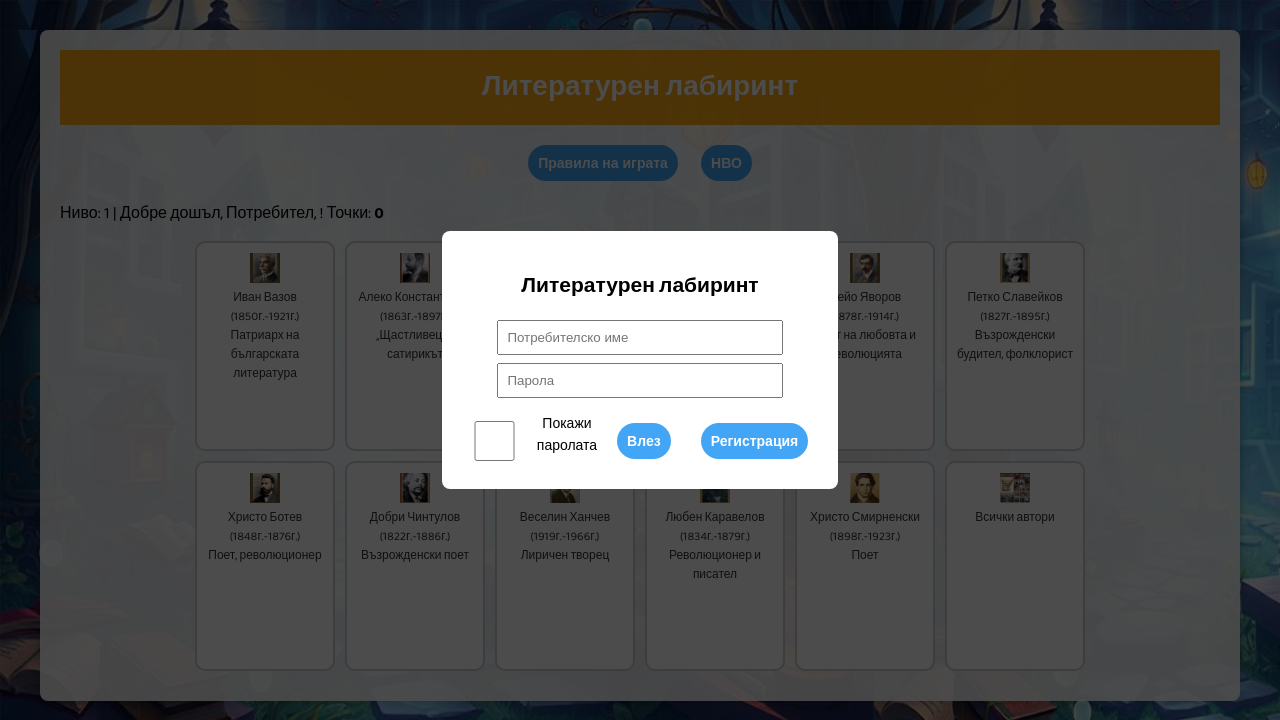
Repository: LY1177/litmaze
Page: public/index.html
An editor plug-in stored every save of this project. The page is shown before and after the next save, followed by the edit.
The browser window is 1280 px wide. The pictures show the window.
The page's requests for data from a server got no answer. A layer covers the whole window, so only the first screen is drawn. Backgrounds fixed to the window are drawn as part of the page.

Above is the page before, as saved 2025-05-01 23:18:10.

After the next save:
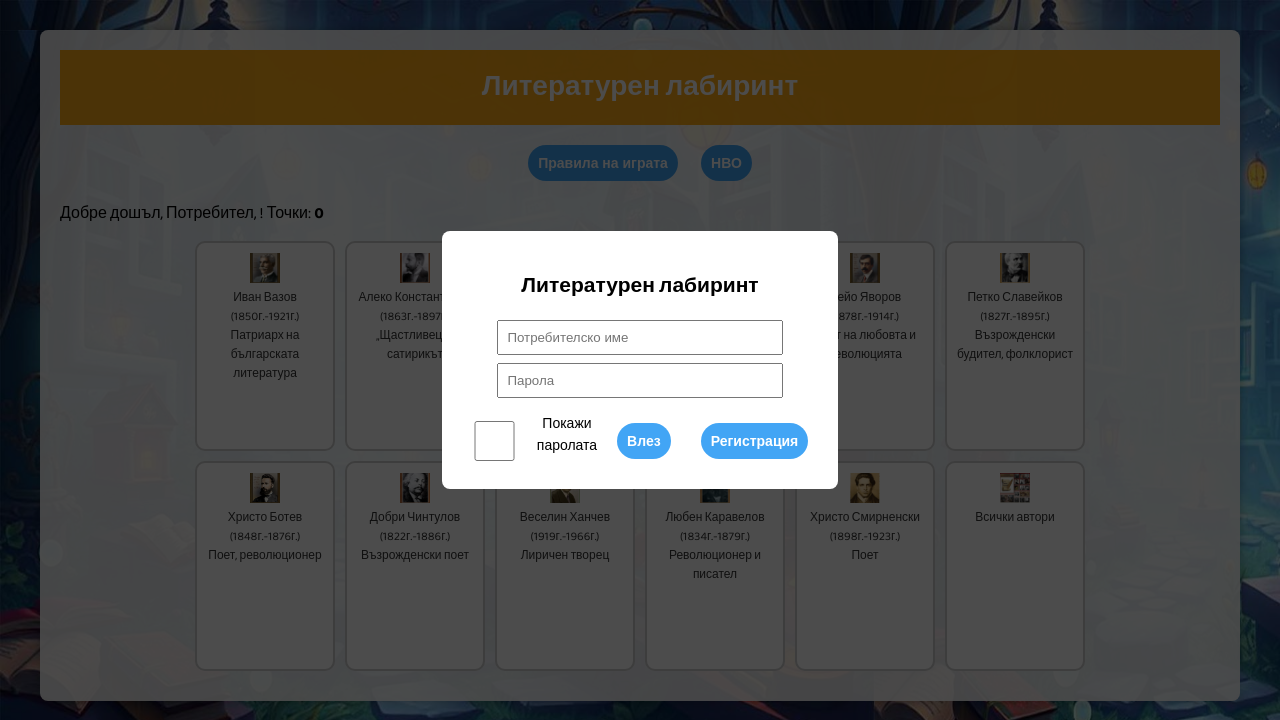
Saved 70 s later.
--- a/public/index.html
+++ b/public/index.html
@@ -88,7 +88,6 @@
  </div>
  <div id="user-info">
 
-  Ниво: <span id="current-level">1</span> |
 
     Добре дошъл, Потребител,  <span id="display-username"></span><strong><span id="display-username"></span></strong>!
     Точки: <strong><span id="score">0</span></strong>
